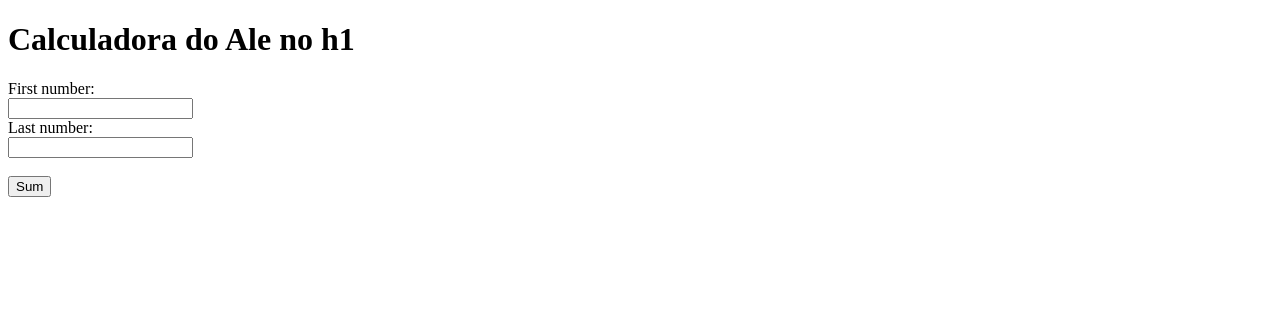
Repository: Alexandre-engelmann/git_lucas_mentory
Page: http://localhost/Calculadora/
These files come from the project's save history. The page is drawn as it stood at one moment and after the next save; the edit follows.
The browser window is 1280 px wide. The pictures show the whole page.
The page is served by Tomcat 9. Other server files are loaded and not shown.

Above is the page before, as saved 2019-12-19 17:50:00.

### Calculadora/WebContent/index.jsp

<%@ page language="java" contentType="text/html; charset=ISO-8859-1"
    pageEncoding="ISO-8859-1"%>
<!DOCTYPE html>
<html>
<head>
<meta charset="ISO-8859-1">
<title>Calculadora</title>
</head>
<body>
<h1>Calculadora do Ale no h1
</h1>

<form action="Operation">
  First number:<br>
  <input type="text" name="firstnumber" value="">
  <br>
  Last number:<br>
  <input type="text" name="lastnumber" value="">
  <br><br>
  <input type="submit" value="Sum">
</form>


</body>
</html>

After the next save:
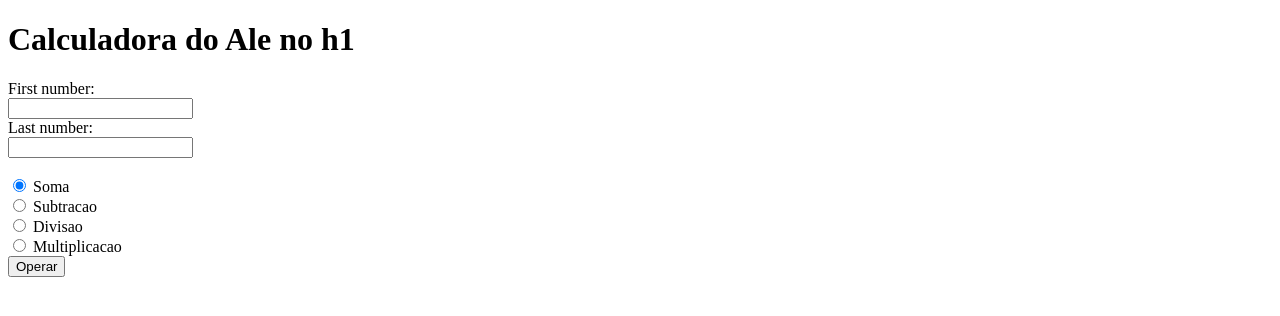
Saved 10 min 58 s later.
--- a/Calculadora/WebContent/index.jsp
+++ b/Calculadora/WebContent/index.jsp
@@ -18,7 +18,11 @@
   Last number:<br>
   <input type="text" name="lastnumber" value="">
   <br><br>
-  <input type="submit" value="Sum">
+   <input type="radio" name="Operacao" value="soma" checked> Soma<br>
+  <input type="radio" name="Operacao" value="subtracao"> Subtracao<br>
+  <input type="radio" name="Operacao" value="divisao"> Divisao<br>
+  <input type="radio" name="Operacao" value="multiplicacao"> Multiplicacao<br>
+  <input type="submit" value="Operar">
 </form>
 
 
